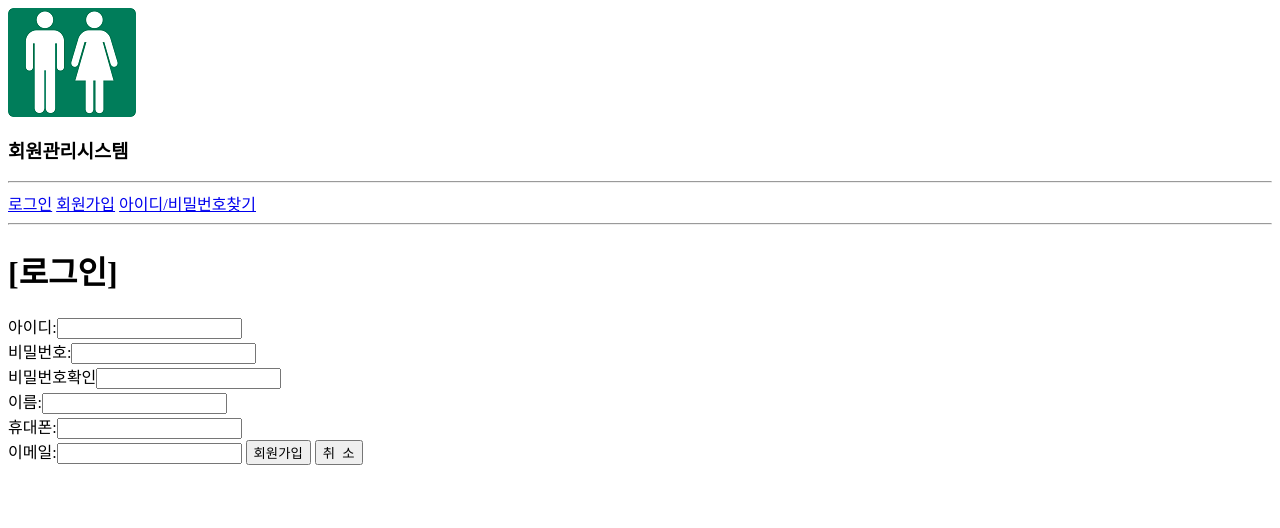
Repository: helloJunejun/WorkSpace_WebUi
Page: 0.1html_basic/src/main/webapp/joinMember.html
An editor plug-in stored every save of this project. The page is shown before and after the next save, followed by the edit.
The browser window is 1280 px wide. The pictures show the whole page.

Above is the page before, as saved 2021-06-24 00:15:27.

After the next save:
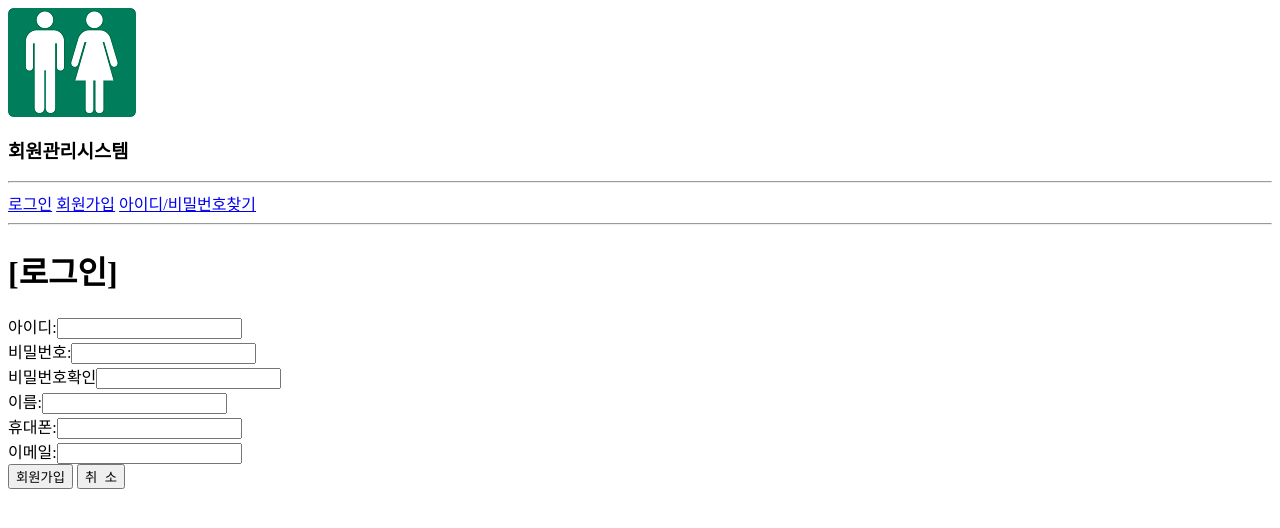
Saved 3 s later.
--- a/0.1html_basic/src/main/webapp/joinMember.html
+++ b/0.1html_basic/src/main/webapp/joinMember.html
@@ -34,7 +34,7 @@
 		비밀번호확인<input type="password" name="memberPw"><br>
 		이름:<input type="password" name="memberPw"><br>
 		휴대폰:<input type="password" name="memberPw"><br>
-		이메일:<input type="password" name="memberPw">
+		이메일:<input type="password" name="memberPw"><br>
 
 
 		<input type="submit" value="회원가입">
